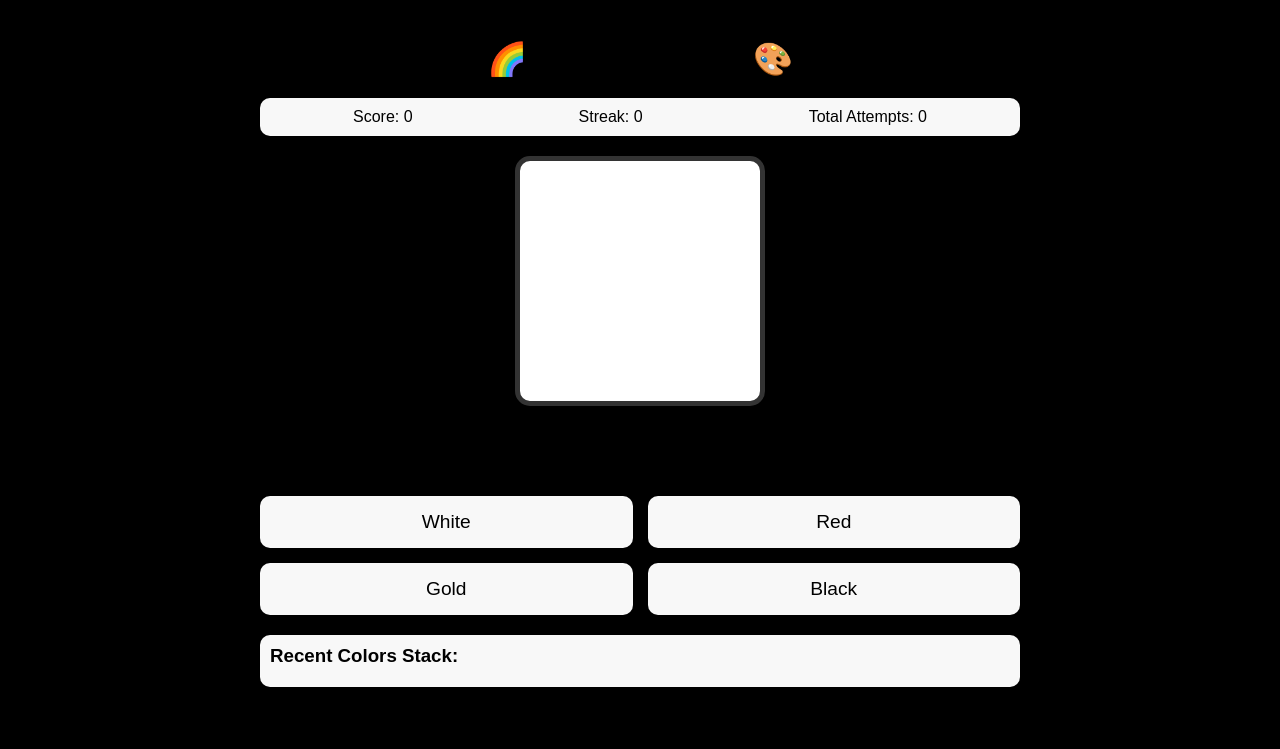
Repository: abhijeets54/learncolors
Page: project.html
The author's editor kept a copy of each file at every save. The page is drawn from the files as they stood at one save, then again after a run of saves.
The browser window is 1280 px wide. The pictures show the whole page.

Above is the page before, as saved 2024-11-17 19:45:24.

### project.html
<!DOCTYPE html>
<html lang="en">
<head>
    <meta charset="UTF-8">
    <meta name="viewport" content="width=device-width, initial-scale=1.0">
    <title>Learn Colors!</title>
    <style>
        * {
            margin: 0;
            padding: 0;
            box-sizing: border-box;
            font-family: 'Comic Sans MS', cursive, sans-serif;
        }

        body {
            min-height: 100vh;
            background: black;
            padding: 20px;
        }

        .container {
            max-width: 800px;
            margin: 0 auto;
            background: black;
            padding: 20px;
            border-radius: 20px;
            box-shadow: 0 0 20px rgba(0,0,0,0.1);
        }

        .header {
            text-align: center;
            margin-bottom: 20px;
        }

        .stats {
            display: flex;
            justify-content: space-around;
            margin: 20px 0;
            padding: 10px;
            background: #f8f8f8;
            border-radius: 10px;
        }

        .color-display {
            width: 250px;
            height: 250px;
            margin: 20px auto;
            border-radius: 15px;
            border: 5px solid #333;
        }

        .options-grid {
            display: grid;
            grid-template-columns: repeat(2, 1fr);
            gap: 15px;
            margin: 20px 0;
        }

        .color-btn {
            padding: 15px;
            font-size: 1.2em;
            border: none;
            border-radius: 10px;
            cursor: pointer;
            background: #f8f8f8;
            transition: transform 0.2s;
        }

        .color-btn:hover {
            transform: scale(1.05);
        }

        .feedback {
            text-align: center;
            height: 50px;
            font-size: 1.5em;
            margin: 20px 0;
        }

        .stack-display {
            background: #f8f8f8;
            padding: 10px;
            margin: 10px 0;
            border-radius: 10px;
        }

        .stack-display h3 {
            margin-bottom: 10px;
        }

        .color-item {
            display: inline-block;
            margin: 5px;
            padding: 5px 10px;
            border-radius: 5px;
            background: #fff;
            border: 1px solid #ddd;
        }

        .performance-list {
            list-style: none;
            margin: 20px 0;
        }

        .performance-item {
            padding: 8px;
            margin: 5px 0;
            background: #fff;
            border-radius: 5px;
            display: flex;
            justify-content: space-between;
        }
    </style>
</head>
<body>
    <div class="container">
        <div class="header">
            <h1>🌈 Learn Colors! 🎨</h1>
        </div>

        <div class="stats">
            <div>Score: <span id="score">0</span></div>
            <div>Streak: <span id="streak">0</span></div>
            <div>Total Attempts: <span id="attempts">0</span></div>
        </div>

        <div class="color-display" id="colorDisplay"></div>
        <div class="feedback" id="feedback"></div>
        <div class="options-grid" id="options"></div>

        <div class="stack-display">
            <h3>Recent Colors Stack:</h3>
            <div id="stackDisplay"></div>
        </div>

        <div class="performance-list" id="performanceList"></div>
    </div>

    <script>
        // Basic Stack implementation using Array
        class Stack {
            constructor(maxSize = 5) {
                this.items = [];
                this.maxSize = maxSize;
            }

            push(element) {
                if(this.items.length === this.maxSize) {
                    this.items.pop();
                }
                this.items.unshift(element);
            }

            pop() {
                if(this.isEmpty()) return null;
                return this.items.shift();
            }

            peek() {
                if(this.isEmpty()) return null;
                return this.items[0];
            }

            isEmpty() {
                return this.items.length === 0;
            }

            getItems() {
                return [...this.items];
            }
        }

        // Array of basic colors
        const COLORS = [
            { name: 'Red', hex: '#FF0000' },
            { name: 'Blue', hex: '#0000FF' },
            { name: 'Green', hex: '#008000' },
            { name: 'Yellow', hex: '#FFFF00' },
            { name: 'Purple', hex: '#800080' },
            { name: 'Orange', hex: '#FFA500' },
            { name: 'Brown', hex: '#8B4513' },
            { name: 'Black', hex: '#000000' },
            { name: 'White', hex: '#FFFFFF' },
            { name: 'Gray', hex: '#808080' },
            { name: 'Pink', hex: '#FFC0CB' },
            { name: 'Navy', hex: '#000080' },
            { name: 'Maroon', hex: '#800000' },
            { name: 'Teal', hex: '#008080' },
            { name: 'Gold', hex: '#FFD700' }
        ];

        // Performance tracking array
        let colorPerformance = COLORS.map(color => ({
            name: color.name,
            attempts: 0,
            correct: 0
        }));

        // Game state variables
        let score = 0;
        let streak = 0;
        let attempts = 0;
        let currentColor = null;
        let recentColors = new Stack(5);

        // Bubble sort for performance ranking
        function sortPerformance() {
            let arr = [...colorPerformance];
            for(let i = 0; i < arr.length; i++) {
                for(let j = 0; j < arr.length - i - 1; j++) {
                    let rate1 = arr[j].attempts === 0 ? 0 : (arr[j].correct / arr[j].attempts);
                    let rate2 = arr[j+1].attempts === 0 ? 0 : (arr[j+1].correct / arr[j+1].attempts);
                    if(rate1 < rate2) {
                        [arr[j], arr[j+1]] = [arr[j+1], arr[j]];
                    }
                }
            }
            return arr;
        }

        // Generate options using selection sort for difficulty
        function generateOptions(correctColor) {
            let options = [correctColor];
            let availableColors = COLORS.filter(c => c !== correctColor);

            // Selection sort based on performance (to mix easy and hard colors)
            for(let i = 0; i < availableColors.length; i++) {
                let minIdx = i;
                for(let j = i + 1; j < availableColors.length; j++) {
                    let perf1 = colorPerformance.find(p => p.name === availableColors[minIdx].name);
                    let perf2 = colorPerformance.find(p => p.name === availableColors[j].name);
                    let rate1 = perf1.attempts === 0 ? 0 : (perf1.correct / perf1.attempts);
                    let rate2 = perf2.attempts === 0 ? 0 : (perf2.correct / perf2.attempts);
                    if(rate1 > rate2) minIdx = j;
                }
                if(minIdx !== i) {
                    [availableColors[i], availableColors[minIdx]] =
                    [availableColors[minIdx], availableColors[i]];
                }
            }

            // Select 3 more colors (mix of easy and difficult)
            options.push(availableColors[0]); // Most difficult
            options.push(availableColors[Math.floor(availableColors.length / 2)]); // Medium
            options.push(availableColors[availableColors.length - 1]); // Easiest

            // Shuffle options
            return options.sort(() => Math.random() - 0.5);
        }

        function updateDisplay() {
            document.getElementById('score').textContent = score;
            document.getElementById('streak').textContent = streak;
            document.getElementById('attempts').textContent = attempts;

            // Update stack display
            const stackItems = recentColors.getItems();
            document.getElementById('stackDisplay').innerHTML = stackItems
                .map(color => `<span class="color-item">${color.name}</span>`)
                .join('');

            // Update performance list
            const sortedPerformance = sortPerformance().slice(0, 5);
            document.getElementById('performanceList').innerHTML = sortedPerformance
                .map(p => {
                    const rate = p.attempts === 0 ? 0 : Math.round((p.correct / p.attempts) * 100);
                    return `<div class="performance-item">
                        <span>${p.name}</span>
                        <span>${rate}% (${p.correct}/${p.attempts})</span>
                    </div>`;
                })
                .join('');
        }

        function startGame() {
            let color = COLORS[Math.floor(Math.random() * COLORS.length)];
            currentColor = color;
            document.getElementById('colorDisplay').style.backgroundColor = color.hex;
            recentColors.push(color);

            const options = generateOptions(color);
            document.getElementById('options').innerHTML = options
                .map(option => `<button class="color-btn" onclick="checkAnswer('${option.name}')">${option.name}</button>`)
                .join('');
        }

        function checkAnswer(selectedColor) {
            attempts++;
            const feedbackElement = document.getElementById('feedback');
            const performanceRecord = colorPerformance.find(p => p.name === currentColor.name);
            performanceRecord.attempts++;

            if (selectedColor === currentColor.name) {
                feedbackElement.textContent = "Correct!";
                feedbackElement.style.color = "green";
                score++;
                streak++;
                performanceRecord.correct++;
            } else {
                feedbackElement.textContent = "Try again!";
                feedbackElement.style.color = "red";
                streak = 0;
            }
            updateDisplay();
            startGame();
        }

        window.onload = startGame;
    </script>
</body>
</html>

After the next 4 saves:
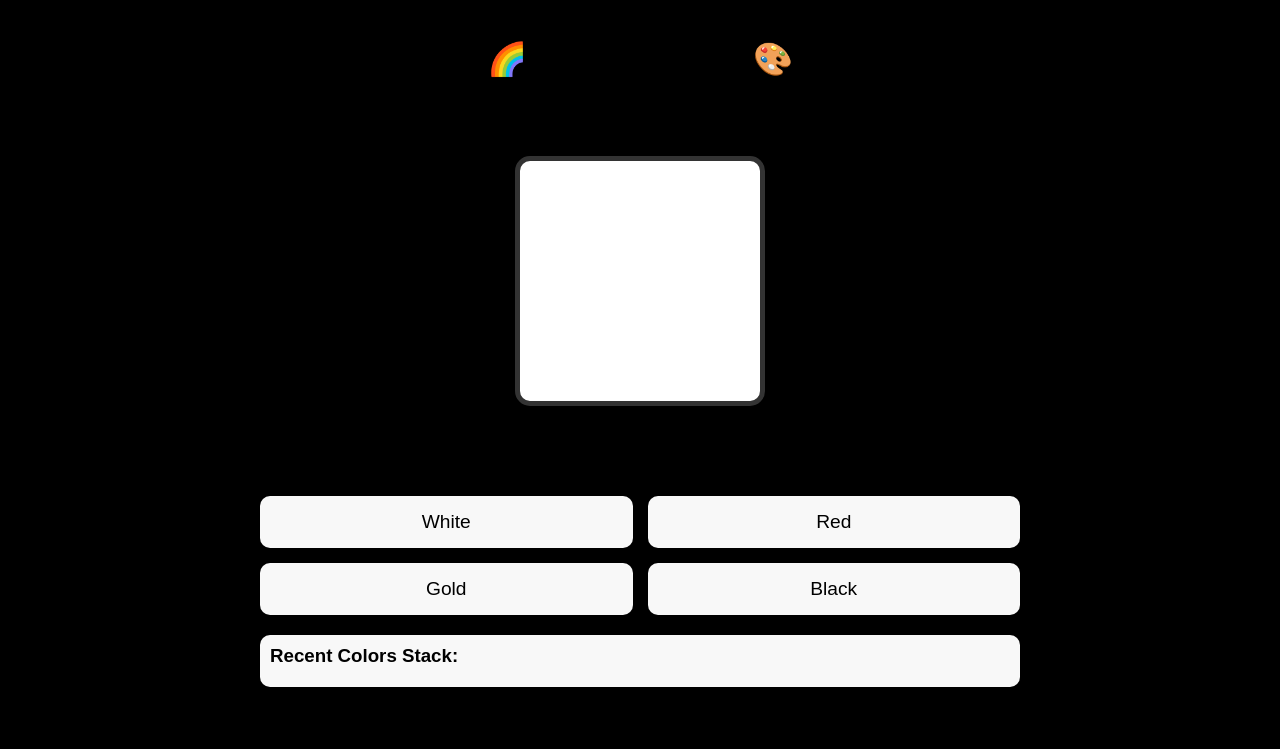
The 4 saves are shown as one change because they came seconds apart.
The last was saved 19 s later.
--- a/project.html
+++ b/project.html
@@ -37,7 +37,8 @@
             justify-content: space-around;
             margin: 20px 0;
             padding: 10px;
-            background: #f8f8f8;
+            background: #
+            black;
             border-radius: 10px;
         }
 
